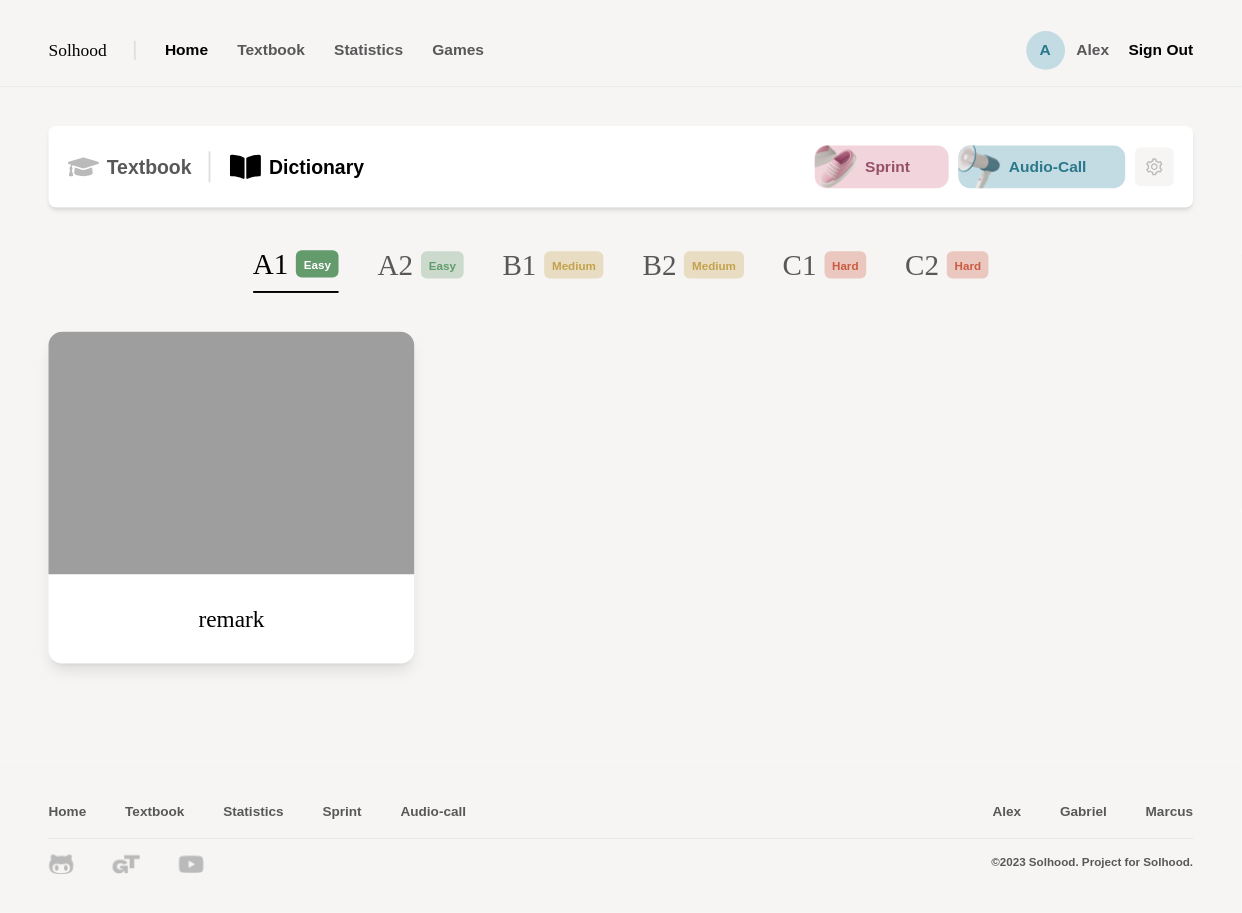
Repository: haudnn/solhood
Page: /textbook
The author's editor kept a copy of each file at every save. The page is drawn from the files as they stood at one save, then again after the next save.
The browser window is 1280 px wide. The pictures show the whole page, at 97% of full size.
Pictures or frames that could not be fetched are drawn as grey boxes. The project was rebuilt for these pictures with package versions that can differ from the ones it lists, and the page was loaded fresh each time. Also part of the build but not shown: src/pages/Home.tsx, src/pages/sprint/Sprint.tsx, src/pages/sprint/Game.tsx, src/pages/sprint/Result.tsx, src/pages/audio/Audio.tsx, src/pages/audio/Game.tsx, src/pages/audio/Result.tsx.

Above is the page before, as saved 2023-01-06 16:23:08.

After the next save:
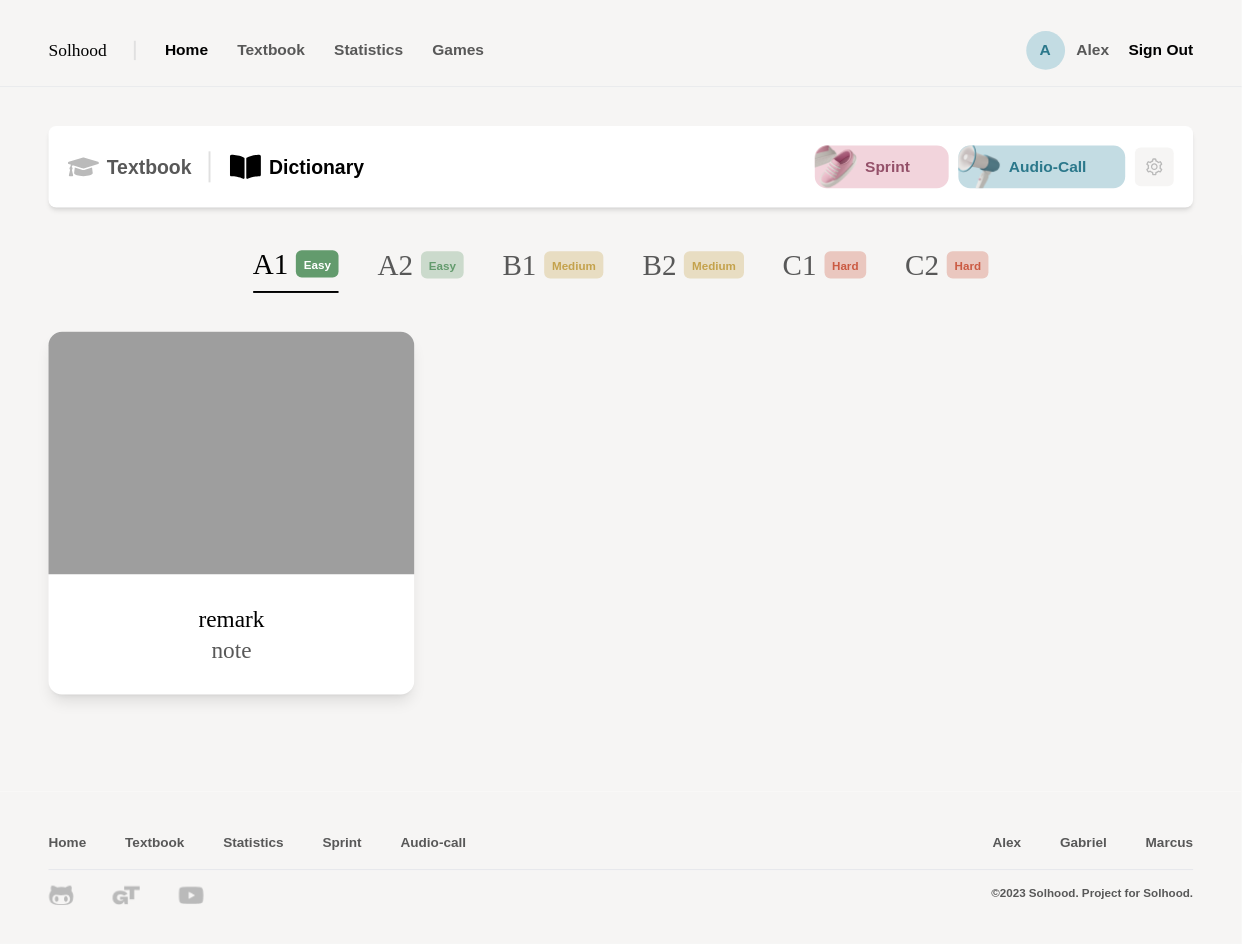
Saved 52 s later.
--- a/src/pages/textbook/TextBook.tsx
+++ b/src/pages/textbook/TextBook.tsx
@@ -187,7 +187,10 @@ const TextBook = () => {
                     className="relative w-full h-[250px] max-h-[250px] bg-center bg-no-repeat bg-cover rounded-tl-[14px] rounded-tr-[14px]"
                   ></div>
                   <div className="p-[30px]">
-                    <p className="text-2xl text-black font-dela">remark</p>
+                    <div className="text-2xl text-black font-dela">
+                      <p className="text-black">remark</p>
+                      <p className="text-greydark">note</p>
+                    </div>
                   </div>
                 </div>
               </div>
